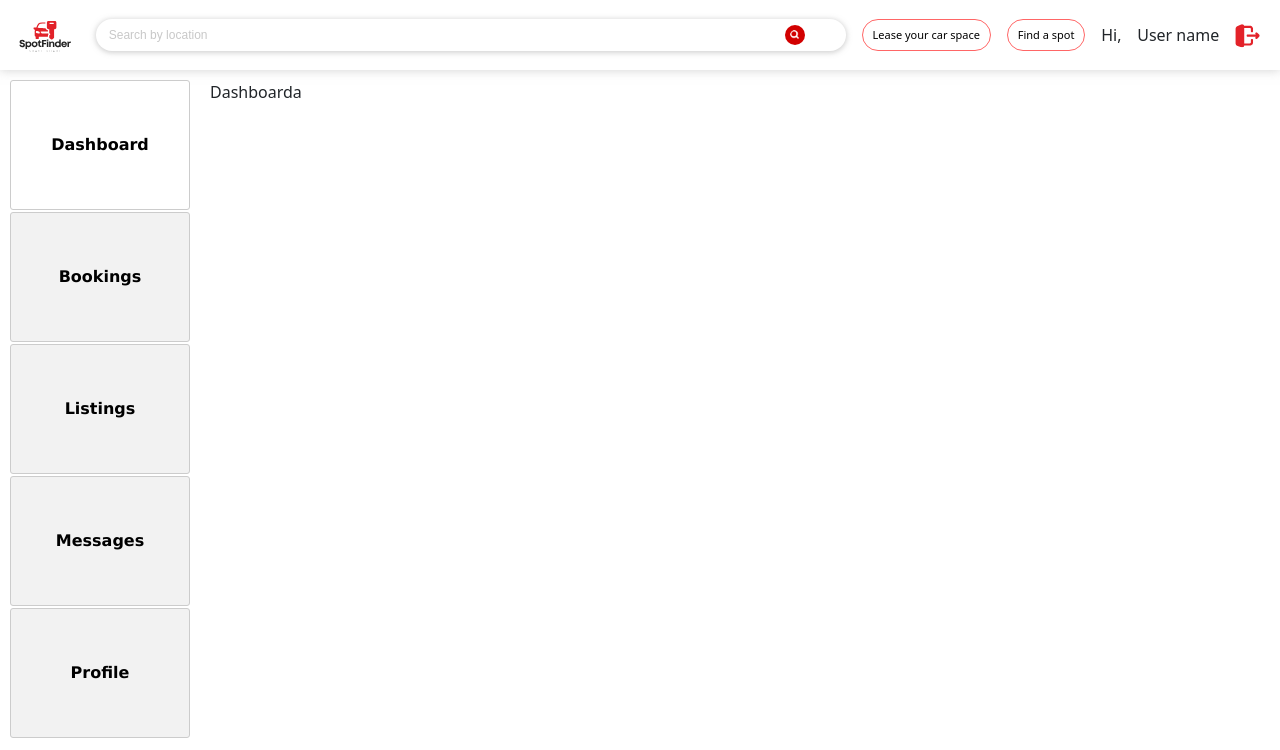
Repository: UNSWSpotFinder/SpotFinder
Page: /dashboard (app in frontend/)
An editor plug-in stored every save of this project. The page is shown before and after a run of saves, followed by the edit.
The browser window is 1280 px wide. The pictures show the whole page.
The project was rebuilt for these pictures with package versions that can differ from the ones it lists, and the page was loaded fresh each time. Also part of the build but not shown: frontend/src/Login.css, frontend/src/Login.jsx, frontend/src/Regist.css, frontend/src/Regist.jsx, frontend/src/HomePage.jsx, frontend/src/App.css, frontend/src/components/Bookings.jsx, frontend/src/components/Listings.jsx and 2 more.

Above is the page before, as saved 2024-03-09 20:50:36.

### frontend/src/App.jsx
import logo from './logo.svg';
import React, {
  useState,
  useEffect,
  useRef,
  ChangeEvent,
  LabelHTMLAttributes,
  createContext,
  useContext,
  ReactNode,
} from 'react';
import {HomePageLarge,HomePageAdminSmall,HomePageAdminLarge,HomePageSmall} from './HomePage';
import { ErrorProvider, GlobalSnackbar, ErrorContext } from './API';
import { BrowserRouter, Routes, Route, Link } from 'react-router-dom';
import './App.css';

// 导入Dashboard相关页面组件
import DashboardTop from './components/DashboardTop';
import Dashboard from './components/Dashboard';
import Bookings from './components/Bookings';
import Listings from './components/Listings';
import Profile from './components/Profile';
import Messages from './components/Messages';

function App() {
  const [windowWidth, setWindowWidth] = useState(window.innerWidth);
  useEffect(() => {
    // 添加一个事件监听器，以便在窗口大小改变时更新windowWidth状态
    const handleResize = () => {
      setWindowWidth(window.innerWidth);
    };
    window.addEventListener('resize', handleResize);
    // 清除事件监听器以避免内存泄漏
    return () => {
      window.removeEventListener('resize', handleResize);
    };
  }, []);
  let layoutComponentHost;
  let LayoutComponentHome;
  let LayoutDetail;
  if (windowWidth > 760) {
    layoutComponentHost = null;
    LayoutComponentHome = <HomePageLarge/>;
    LayoutDetail = null;
  } else {
    layoutComponentHost = null;
    LayoutComponentHome = <HomePageSmall/>;;
    LayoutDetail = null;
  }
  return(
    <ErrorProvider>
      <GlobalSnackbar/>
        <BrowserRouter>
          <Routes>
            <Route path="/user/*" element={LayoutComponentHome} />
            {/* DashboardTop作为父路由 */}
            <Route path="/dashboard" element={<DashboardTop />}>
            <Route index element={<Dashboard />} />
            <Route path="bookings" element={<Bookings />} />
            <Route path="listings" element={<Listings />} />
            <Route path="messages" element={<Messages />} />
            <Route path="profile" element={<Profile />} />
          </Route>
            {/* Keep the wildcard route to catch all and render Home */}
            <Route path="/*" element={LayoutComponentHome} />
          </Routes>
        </BrowserRouter>
    </ErrorProvider>
  )
}

export default App;

### frontend/src/API.jsx
import Alert from '@mui/material/Alert';
import Snackbar from '@mui/material/Snackbar';
import Button from '@mui/material/Button';
import Stack from '@mui/material/Stack';
import React, { useState, useEffect, createContext,useContext } from 'react';

import { styled } from '@mui/material';
const port = '8080';
export const meetErrorLog = (error) => {
    console.log(error);
    let errorText = '';
    // switch case to show the error
    switch (error) {
      case 'info':
        errorText = 'Invalid username or password !';
        break;
      case 'access':
        errorText = 'No permission, please log in first!';
        break;
      default:
        errorText = 'Network error! Please try again.';
        break;
    }
    return errorText;
  };
export const ErrorContext = createContext({
    snackbarData: { severity: 'info', message: '1',timestamp: new Date().getTime()},
    setOpenSnackbar: () => {}, // 提供一个空函数避免调用时出错
  });
export const useError = () => useContext(ErrorContext);
export const ErrorProvider = ({ children }) => {
  const [snackbarData, setSnackbarData] = useState({
    severity: 'success',
    message: '',
    timestamp: new Date().getTime()
  });
  const setOpenSnackbar = (data) => {
    setSnackbarData(data);
  };
  return (
    <ErrorContext.Provider value={{snackbarData,setOpenSnackbar}}>
      {children}
    </ErrorContext.Provider>
  );
};
// The message to be displayed in the Snackbar
export const GlobalSnackbar = () => {
const { snackbarData, setOpenSnackbar } = useError();
// State to manage the visibility of the Snackbar
const [open, setOpen] = useState(false);
  useEffect(() => {
    console.log('Alert severity:', snackbarData.severity);
    console.log('Alert :', snackbarData.message);
    if (snackbarData.message) {
      setOpen(true);
    }
  }, [snackbarData.message, snackbarData.timestamp]);

  const handleClose = (event, reason) => {
    if (reason === 'clickaway') {
      return;
    }
    setOpen(false);
  };

return (
    // Snackbar component with automatic hiding and custom styling
    <Snackbar open={open} autoHideDuration={6000} onClose={handleClose}>
        <Alert onClose={handleClose} severity={snackbarData.severity}>
        {snackbarData.message}
        </Alert>
  </Snackbar>
);
};
export const callAPIsendEmailCode = (path,input)=>{
    return new Promise((resolve, reject) =>{
        fetch('http://localhost:'+String(port)+'/'+String(path),{
        method:'POST',
        headers: { 'Content-Type': 'application/json' },
        body:JSON.stringify(input),
        })
        .then((response)=>{
            if(response.ok){
                console.log('success');
                console.log(response);
                return resolve(response);
            }
            else if (response.status===400){
                const errorReason = 'Email not correct!';
                return reject(errorReason);
            }
            else{
                const errorReason = 'There is a problem with the network connection!';
                return reject(errorReason);
            }
        })
        .catch((error)=>{
            console.log(error);
        })
    })

}
export const callAPIverifyEmailCode = (path,input)=>{
    return new Promise((resolve, reject) =>{
        console.log(input);
        console.log('http://localhost:'+String(port)+'/'+String(path));
        fetch('http://localhost:'+String(port)+'/'+String(path),{
        method:'POST',
        headers: { 'Content-Type': 'application/json' },
        body:JSON.stringify(input),
        })
        .then((response)=>{
            if(response.ok){
                console.log('success');
                return resolve(response.json());
            }
            else if (response.status===400){
                const errorReason = 'Incorrect verification code.';
                return reject(errorReason);
            }
            else{
                const errorReason = 'There is a problem with the network connection!';
                return reject(errorReason);
            }
        })
        .catch((error)=>{
            console.log(error);
        })
    })

}
export const callAPIloginUser=(path,input)=>{

}
// 用户注册
export const callAPIRegistUser=(path,input)=>{
     return new Promise((resolve, reject) =>{
        console.log(input);
        console.log('http://localhost:'+String(port)+'/'+String(path));
        fetch('http://localhost:'+String(port)+'/'+String(path),{
        method:'POST',
        headers: { 'Content-Type': 'application/json' },
        body:JSON.stringify(input),
        })
        .then((response)=>{
            if(response.ok){
                console.log('success');
                return resolve(response.json());
            }
            else if (response.status===417){
                const errorReason = 'This email has been registed!';
                return reject(errorReason);
            }
            else{
                const errorReason = 'There is a problem with the network connection!';
                return reject(errorReason);
            }
        })
        .catch((error)=>{
            console.log(error);
        })
    })
}
// 用户登录
export const callAPILoginUser=(path,input)=>{
    return new Promise((resolve, reject) =>{
       console.log(input);
       console.log('http://localhost:'+String(port)+'/'+String(path));
       fetch('http://localhost:'+String(port)+'/'+String(path),{
       method:'POST',
       headers: { 'Content-Type': 'application/json' },
       body:JSON.stringify(input),
       })
       .then((response)=>{
           if(response.ok){
               console.log('success');
               return resolve(response.json());
           }
           else if (response.status===401){
               const errorReason = 'Username does not exist or password is incorrect!';
               return reject(errorReason);
           }
           else{
               const errorReason = 'There is a problem with the network connection!';
               return reject(errorReason);
           }
       })
       .catch((error)=>{
           console.log(error);
       })
   })
}
// 密码修改
export const callAPIResetPwdUser=(path,input)=>{
    return new Promise((resolve, reject) =>{
       console.log(input);
       console.log('http://localhost:'+String(port)+'/'+String(path));
       fetch('http://localhost:'+String(port)+'/'+String(path),{
       method:'POST',
       headers: { 'Content-Type': 'application/json' },
       body:JSON.stringify(input),
       })
       .then((response)=>{
           if(response.ok){
               console.log('success');
               return resolve(response.json());
           }
           else if (response.status===401){
               const errorReason = 'Username does not exist or password is incorrect!';
               return reject(errorReason);
           }
           else{
               const errorReason = 'There is a problem with the network connection!';
               return reject(errorReason);
           }
       })
       .catch((error)=>{
           console.log(error);
       })
   })
}

### frontend/src/components/DashboardTop.jsx
import React from 'react';
import { NavLink, Outlet } from 'react-router-dom';
import './DashboardTop.css';
import '../HomePage.css';

const DashboardTop = () => {
  return (
    <div className="dashboard-top">
      <div className="Navbar">
        {/* Logo图像 */}
        <img src='/img/LOGO.svg' className='Applogo'></img>
        {/* 搜索区域 */}
        <div className='SearchPart'>
          <img className='searchbtn' src='/img/search.png'></img>
          <input className='Searchbar' placeholder='Search by location'></input>
        </div>
        <button className='top-button'>Lease your car space</button>
        <button className='top-button'>Find a spot</button>
        <span>Hi, </span>
        <span>User name </span>
        <button className="button-with-image">
          <img src='/img/SignOut.svg' alt='Sign Out' className='sign-out-img' />
        </button>
      </div>

      {/* Top以下区域 */}
      <div className="content-area">
        {/* 侧边栏 */}
        <div className="side-nav">
          <NavLink to="/dashboard" className={({ isActive }) => isActive ? 'side-nav-spcific active' : 'side-nav-spcific'} end>Dashboard</NavLink>
          <NavLink to="/dashboard/bookings" className={({ isActive }) => isActive ? 'side-nav-spcific active' : 'side-nav-spcific'}>Bookings</NavLink>
          <NavLink to="/dashboard/listings" className={({ isActive }) => isActive ? 'side-nav-spcific active' : 'side-nav-spcific'}>Listings</NavLink>
          <NavLink to="/dashboard/messages" className={({ isActive }) => isActive ? 'side-nav-spcific active' : 'side-nav-spcific'}>Messages</NavLink>
          <NavLink to="/dashboard/profile" className={({ isActive }) => isActive ? 'side-nav-spcific active' : 'side-nav-spcific'}>Profile</NavLink>

        </div>
        {/* 主要内容区域 */}
        <div className="main-content">
          <Outlet />
        </div>
      </div>
    </div>
  );
};

export default DashboardTop;

### frontend/src/components/Dashboard.jsx
import React from 'react';
import DashboardTop from './DashboardTop';

const Dashboard = () => {
  // 组件的状态和逻辑

  return (
    <div className='Dashboard'>
      {/* 组件的JSX结构 */}
      Dashboarda
    </div>
  );
}

export default Dashboard;

### frontend/src/HomePage.css
.HomeOverall {
    width: 100%;
    height: 100%;
    margin: 0px;
    padding: 0px;
    display: flex;
    flex-direction: column;
    align-items: center;
}
div.Navbar{
    width: 100%;
    height: 70px;
    margin: 0px 0px 0px 0px;
    padding: 0px 10px 0px 0px;
    display: flex;
    align-items: center;
    justify-content: space-between;
    box-shadow: 0px 0px 10px 0px rgba(164, 164, 164, 0.5);
}
div.SearchPart{
    width: calc(100% - 520px);
    min-width: 200px;
    height: 100%;
    margin: 0px;
    padding: 0px;
    display: flex;
    justify-content: center;
    align-items: center;
    align-content: center;
    flex-direction: row;
}
div.SearchPartsmall{
    width: calc(100% - 320px);
    height: 100%;
    margin: 0px;
    padding: 0px;
    display: flex;
    justify-content: center;
    align-items: center;
    align-content: center;
    flex-direction: row;
}
input.Searchbar{
    width: 100%;
    border-radius: 25px;
    padding-left: 13px;
    height: 45%;
    border: 0px;
    transition: box-shadow 0.3s;
    box-shadow: 0px 1px 5px 1px rgba(170, 170, 170, 0.5);
    position: relative;
    font-size: 12px;
    font-family:Arial, Helvetica, sans-serif;
}
input.Searchbar::placeholder{
    color: rgb(200, 200, 200);
}
img.searchbtn{
    border-radius: 20px;
    width: 20px;
    height: 20px;
    margin: 0px 0px 0px 10px;
    padding: 5px;
    right: 475px;
    position: absolute;
    z-index: 1;
    background-color: rgb(210, 0, 0);
    cursor: pointer;
}
img.searchbtnsmall{
    border-radius: 20px;
    width: 20px;
    height: 20px;
    margin: 0px;
    padding: 5px;
    right: 260px;
    position: absolute;
    z-index: 1;
    background-color: rgb(210, 0, 0);
    cursor: pointer;
}
input.Searchbar:hover{
    box-shadow: 0px 1px 10px 1px rgba(164, 164, 164, 0.5);
}
img.searchbtn:hover + .Searchbar {
    box-shadow: 0px 1px 10px 1px rgba(164, 164, 164, 0.5);
}
img.searchbtnsmall:hover + .Searchbar {
    box-shadow: 0px 1px 10px 1px rgba(164, 164, 164, 0.5);
}
button.newspace{
    border-radius: 30px;
    min-width: 200px;
    max-width: 200px;
    font-weight: bold;
    border: 0px;
    margin-left: 20px;
    height: 50%;
    background-color: rgb(250, 250, 250);
    border: 1px solid rgb(230, 230, 230);
    color: rgb(114, 114, 114);
    transition: 0.3s;
    font-size: 12px;
    cursor: pointer;
}
button.newspace:hover{
    color: rgb(0, 0, 0);
    background-color: rgb(230, 230, 230);
}
div.signwarper{
    margin: 0px 10px 0px 0px;
    height: 100%;
    display: flex;
    align-items: center;
}
button.sign{
    border-radius: 5px;
    width: 100px;
    font-weight: bold;
    border: 0px;
    margin-left:15px;
    height: 50%;
    background-color: rgb(255, 255, 255);
    border: 1px solid rgb(0, 0, 0);
    transition: 0.3s;
    font-size: 12px;
    cursor: pointer;
}
button.sign:hover{
    background-color: rgb(230, 230, 230);
}
input:focus {
    outline: none;
}
img.Applogo{
    height: 100%;
    margin: 0px 0px 0px 10px;
}
p.image-container-title{
    font-weight: 800;
    font-family: Arial;
    position: absolute;
    top: calc(10vw); /* 根据需要调整 */
    left: 5%; /* 根据需要调整 */
    width: 60%;
    color: rgb(0, 0, 0); /* 文字颜色 */
}
p.image-container-title-small{
    font-weight: 800;
    font-size: 20px;
    font-family: Arial;
    position: absolute;
    top: calc(15vw); /* 根据需要调整 */
    left: 5%; /* 根据需要调整 */
    width: 60%;
    color: rgb(0, 0, 0); /* 文字颜色 */
}
p.image-container-sub{
    font-weight: 400;
    font-family: Arial;
    position: absolute;
    left: 5%; /* 根据需要调整 */
    color: rgb(0, 0, 0); /* 文字颜色 */
}
p.image-container-sub-small{
    font-size: 12px;
    font-weight: 400;
    width: 44%;
    top: calc(28vw);
    font-family: Arial;
    position: absolute;
    left: 5%; /* 根据需要调整 */
    color: rgb(0, 0, 0); /* 文字颜色 */
}
p.image-container-txt{
    font-weight: 200;
    font-family: Arial;
    position: absolute;
    left: 5%; /* 根据需要调整 */
    width: 40%;
    color: rgb(0, 0, 0); /* 文字颜色 */
}
p.image-container-txt-small{
    font-size: 12px;
    font-weight: 400;
    width: 40%;
    top: calc(42vw);
    font-weight: 200;
    font-family: Arial;
    position: absolute;
    left: 5%; /* 根据需要调整 */
    color: rgb(0, 0, 0); /* 文字颜色 */
}
@media (max-width: 1200px) {
    p.image-container-sub{
        font-size: 19.0px;
        top: calc(25vw); /* 根据需要调整 */
        width: 45%;
    }
    p.image-container-txt{
        font-size: 20px;
        top: calc(40vw); /* 根据需要调整 */
    }
    p.image-container-title{
        font-size: 30px;
    }
}
@media (min-width: 1200px) {
    p.image-container-sub{
        font-size: 25px;
        width: 40%;
        top: calc(24vw); /* 根据需要调整 */
    }
    p.image-container-txt{
        font-size: 25px;
        top: calc(38vw); /* 根据需要调整 */
    }
    p.image-container-title{
        font-size: 45px;
    }
}

div.FilterPart{
    height: 80px;
    width: 100%;
    padding: 5px;
    background-color: #f9f9f9;
    display: flex;
    justify-content: space-between;
    align-items:center;
}
div.FilterPart-small{
    height: 155px;
    width: 100%;
    background-color: #f9f9f9;
    display: flex;
    flex-direction: column;
    justify-content: space-between;
    padding: 10px 10px 10px 10px;
    border-bottom: 1px solid rgb(238, 238, 238);
}

div.filter-top{
    display: flex;
    align-items: center;
    justify-content: space-between;
}
div.inner-left{
    display: flex;
    flex-direction: column;
    height: 100%;
    margin-right: 20px;
}
select.mglr{
    margin: 0px 5px 0px 0px;
    width: 10%;
    min-width: 130px;
    height: 70%;
    font-size: 12px;
    border-radius: 20px;
}
select.mglr-s{
    margin: 0px 5px 5px 0px;
    width: 10%;
    min-width: 130px;
    font-size: 12px;
    border-radius: 20px;
}
select.mglr-r{
    margin: 0px 5px 0px 0px;
    width: 10%;
    min-width: 90px;
    height: 70%;
    font-size: 12px;
    border-radius: 20px;
}
select.mglr-s-r{
    margin: 0px 5px 0px 0px;
    width: 100px;
    min-width: 90px;
    height: 70%;
    font-size: 12px;
    border-radius: 20px;
}
.popular{
    background-color: white !important;
    color: black !important;
}
div.pricerange{
    display: flex;
    flex-direction: column;
    height: 100%;
    justify-content: center;
    align-items: center;
    padding: 0px;
    margin: 0px;
    margin-left: 5px;
    align-items: center;
}
label.pricerange{
    font-size: 13px;
    font-weight: 500;
    color: black;
    padding: 0px;
}
input.pricerange{
    width: 50px;
    height: 50%;
    font-size: 14px;
    border-radius: 10px;
    border-width: 1px;
    border-style: solid;
    border-color: rgb(0, 0, 0);
    margin: 0px;
    padding: 0px 5px;
}
label.pricerange-s{
    font-size: 15px;
    font-weight: 500;
    color: black;
    padding: 0px 5px 0px 0px;
}
input.pricerange-s{
    height: 60%;
    width: 60%;
    font-size: 16px;
    border-radius: 10px;
    border-width: 1px;
    border-style: solid;
    border-color: rgb(0, 0, 0);
    margin: 0px 5px 0px 0px;
    padding: 0px 5px;
}
.timechoice{
    width: 20%;
    margin: 0px 5px 0px 0px;
}
.timechoice-s{
    margin: 0px 10px;
    width: 40%;
}
div.hflex{
    display: flex;
    height: 100%;
    align-items: center;
}
button.selectcar{
    width: 140px;
    font-size: 10px;
    height: 50px;
    background-color: black;
    color: white;
    font-weight: 500;
    border: 0px;
    border-radius: 10px;
    transition: 0.3s;
    margin-left: 5px;
}
button.selectcar:hover{
    background-color: rgb(55, 55, 55);
    color: rgb(255, 255, 255);
}
div.marginLR{
    display: flex;
    margin: 0px 5px;
    width: 100%;
}
div.ListingPart{
    width: 100%;
    margin-top: 15px;
    margin-bottom: 15px;
    padding: 0px 0px 0px 10px;
    display: flex;
    flex-wrap: wrap;
}
div.SpaceOverall{
    height: 135px;
    box-shadow: 0px 0px 10px 0px rgba(164, 164, 164, 0.5);
    border-radius: 10px;
    display: flex;
    align-items: center;
    padding: 0px 7px;
    margin: 0px 10px 10px 0px;
}

@media (max-width: 800px) {
    div.SpaceOverall{
        width: calc(100vw - 15px);
        min-width: 385px;
    }
}

@media (max-width: 1200px) and (min-width:800px) {
    div.SpaceOverall{
        width: calc(50vw - 15px);
        min-width: 385px;
    }
}

@media (min-width: 1200px) {
    div.SpaceOverall{
        width: calc(33.33vw - 14px);
    }
}

img.spaceimg{
    border-radius: 12px;
    object-fit: cover;
}
div.info{
    height:90%;
    margin-left:10px ;
    width: 100%;
}
p.space-title{
    padding: 0px;
    margin: 0px;
    font-size: 16px;
    color: #555555;
}
p.space-price{
    padding: 0px;
    margin: 0px;
    font-size: 12px;
    margin-top: 4px;
    color: #7F7F7F;
}
p.space-location{
    padding: 0px;
    margin: 0px;
    font-size: 12px;
    margin-top: 2px;
    color: #7F7F7F;
}
p.space-type{
    padding: 0px;
    margin: 0px;
    font-size: 12px;
    margin-top: 2px;
    color: #7F7F7F;
    margin-bottom: 2px;
}
div.order-part{
    display: flex;
    margin-top: 7px;
}
img.order-times{
    width: 20px;
    height: 20px;
}
p.times{
    padding: 0px;
    margin: 0px 0px 0px 3px;
    font-size: 13px;
    color: #7F7F7F;
}
div.right-top{
    display: flex;
    flex-direction: row;
    justify-content: space-between;
    width: 100%;
}
div.right-bottom{
    display: flex;
    flex-direction: row;
    justify-content: space-between;
    width: 100%;
    height: 30px;
    margin-bottom: 5px;
}
div.rate-part{
    display: flex;
    justify-content: center;
}
img.rate-img{
    width: 20px;
    height: 20px;
    margin-right: 2px;
}
p.rate-txt{
    color: #333333;
    font-size: 14px;
    margin: 0px;
    padding: 0px;
}
button.specific-info{
    border: 0px;
    background-color:#E22229;
    border-radius: 5px;
    color: white;
    height: 30px;
    width: 180px;
    font-size: 12px;
    font-weight: 500;
    transition: 0.3s;
    margin: 1px 0px;
}
button.specific-info:hover{
    background-color:#ba191e;
}
div.filter-bottom{
    display: flex;
    align-items: center;
    justify-content: space-between;
}

### frontend/src/components/DashboardTop.css
/* DashboardTop.css */

/* 整体布局 */
.dashboard-top {
    display: flex;
    flex-direction: column;
    height: 100vh; /* 使布局填满整个视口高度 */
  }

/* 顶部导航部分 */
.top-button {
    padding: 7px 10px;
    border: 1px solid #f66;
    border-radius: 25px;
    outline: none;
    background-color: #fff;
    cursor: pointer;
    box-shadow: none;
    transition: box-shadow 0.3s;
    font-size: 11px;
    fon
  }

.top-button:hover {
    box-shadow: 0 0 10px #f66; /* 鼠标悬停时的外部阴影 */
  }

.top-button:active {
    box-shadow: inset 0 0 10px #f66; /* 点击时的内部阴影 */
  }
.sign-out-img {
    height: 25px;
    margin-right: 10px;
  }

.button-with-image {
    background: none; /* 无背景 */
    border: none; /* 无边框 */
    padding: 0; /* 无内边距 */
  }

/* TODO: */
/* Top以下区域，包含侧边导航和主内容区 */
.content-area {
    display: flex;
    flex-grow: 1; /* 占据剩余空间 */
  }

/* 侧边导航样式 */
.side-nav {
    display: flex;
    flex-direction: column;
    width: 200px; /* 定宽 */

    padding: 10px; /* 内边距 */
  }

.side-nav-spcific {
    background-color: #f5f5f5; /* 浅色背景 */
    height: 130px;
    margin-bottom: 2px;
    border-radius: 3px; /* 圆角 */
    padding: 10px; /* 内边距 */
    border: 1px solid #cccccc; /* 添加边框 */
    background-color: #f2f2f2; /* 初始背景颜色 */
    cursor: pointer; /* 鼠标悬停时变为手形图标 */
    transition: background-color 0.3s, box-shadow 0.3s; /* 过渡动画效果 */
    display: flex; /* 使用flex布局 */
    align-items: center; /* 垂直居中 */
    justify-content: center; /* 水平居中 */
    font-weight: bold; /* 文字加粗 */
    font-family:'Lucida Sans', 'Lucida Sans Regular', 'Lucida Grande', 'Lucida Sans Unicode', Geneva, Verdana, sans-serif;
    text-decoration: none; /* 去除下划线 */
    color: black; /* 文字颜色，可以根据需求更改 */

  }
  /* 鼠标悬停时的样式 */
.side-nav-spcific:hover {
    background-color: #ffffff; /* 悬停时的背景颜色变为白色 */
    box-shadow: 0 0 10px rgba(0, 0, 0, 0.2); /* 悬停时的外部阴影效果 */
  }
  /* 点击时的样式 */
.side-nav-spcific:active {
    box-shadow: inset 0 0 10px rgba(0, 0, 0, 0.2); /* 点击时的内部阴影效果 */
  }

  /* 当前激活的导航项样式 */
.side-nav-spcific.active {
    background-color: #fff; /* 选中项的背景颜色 */
    /* 可以添加更多的样式来区分激活的导航项 */
  }

/* 主内容区域样式 */
.main-content {
    flex-grow: 1; /* 占据剩余空间 */
    padding: 10px; /* 内边距 */
  }

Loaded but not shown: frontend/public/index.html (common file); frontend/src/index.js (common file); frontend/src/index.css (common file); frontend/src/reportWebVitals.js (common file)

After the next 7 saves:
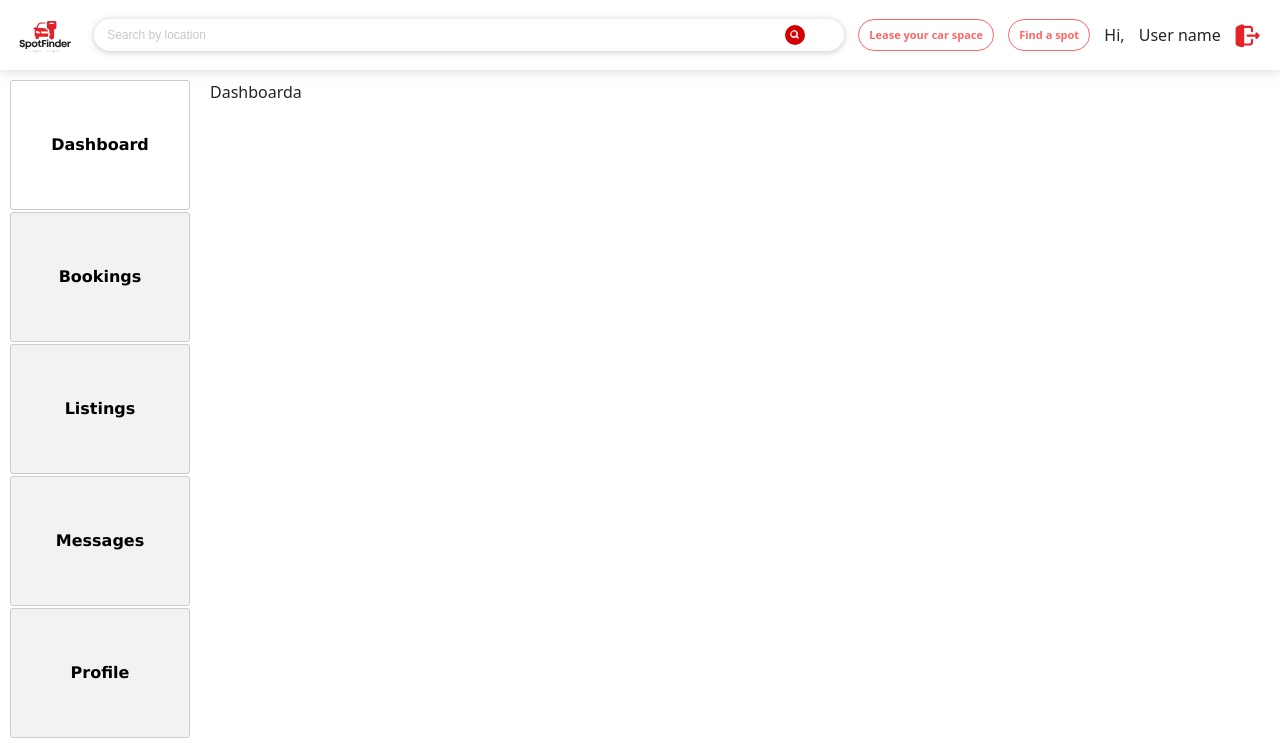
The 7 saves are shown as one change because they came seconds apart.
The last was saved 18 s later.
--- a/frontend/src/components/DashboardTop.css
+++ b/frontend/src/components/DashboardTop.css
@@ -18,7 +18,8 @@
     box-shadow: none;
     transition: box-shadow 0.3s;
     font-size: 11px;
-    fon
+    color: #f66;
+    font-weight: bold;
   }
 
 .top-button:hover {
